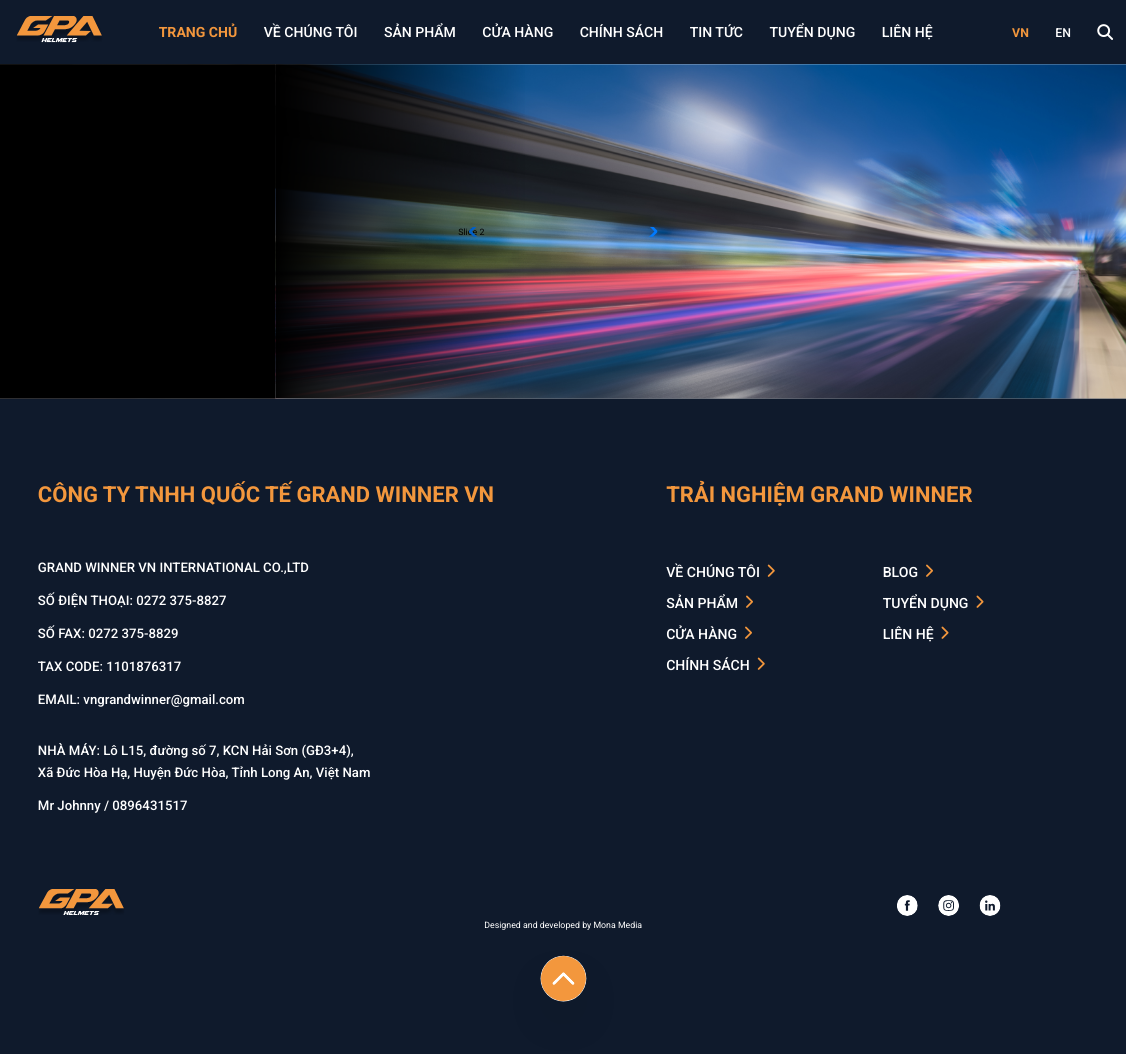
Repository: ThangNguyenT5/GrandWinner
Page: index.html
These files come from the project's save history. The page is drawn as it stood at one moment and after the next save; the edit follows.
The browser window is 1280 px wide. The pictures show the whole page, at 88% of full size.
Pictures or frames that could not be fetched are drawn as grey boxes. Some web libraries are served in a nearby version.

Above is the page before, as saved 2023-03-28 13:58:29.

### index.html
<!DOCTYPE html>
<html lang="en">
<head>
    <meta charset="UTF-8">
    <meta http-equiv="X-UA-Compatible" content="IE=edge">
    <meta name="viewport" content="width=device-width, initial-scale=1.0">
    <title>Cửa Hàng - GRAND WINNER</title>
    <link rel="icon" href="./assets/images/GPA-logo-small.svg">
    <link rel="stylesheet" href="./assets/css/base.css">
    <link rel="stylesheet" href="./assets/css/styles.css">
    <link rel="stylesheet" href="./assets/css/grid.css">
    <link rel="stylesheet" href="./assets/css/responsive.css">
    <link rel="stylesheet" href="https://cdnjs.cloudflare.com/ajax/libs/font-awesome/6.3.0/css/all.min.css" integrity="sha512-SzlrxWUlpfuzQ+pcUCosxcglQRNAq/DZjVsC0lE40xsADsfeQoEypE+enwcOiGjk/bSuGGKHEyjSoQ1zVisanQ==" crossorigin="anonymous" referrerpolicy="no-referrer" />
    <link href="https://fonts.googleapis.com/css2?family=Roboto:wght@300;400;500;700;900&display=swap" rel="stylesheet">
    <link href="https://unpkg.com/aos@2.3.1/dist/aos.css" rel="stylesheet">
    <link rel="stylesheet" href="https://cdn.jsdelivr.net/npm/swiper@9/swiper-bundle.min.css"/>
</head>
<body>
    <!-- HEADER -->
    <header class="hd">
        <div class="hd-ctn">
            <div class="hd-logo">
                <a href="#" class="custom-logo-link">
                    <img src="./assets/images/GPA-logo-small.svg" alt="GRAND WINNER" class="custom-logo">
                </a>
            </div>
            <div class="hd-menu hdMenu">
                <div class="hd-menu-close">
                    <!-- <i class="fa-solid fa-bars"></i> -->
                    <i class="fa-solid fa-xmark"></i>
                </div>
                <div class="menu">
                    <ul class="menu-list">
                        <li class="menu-item">
                            <a href="./index.html" class="menu-item-link current-menu-item">Trang chủ</a>
                        </li>
                        <li class="menu-item">
                            <a href="#" class="menu-item-link">Về chúng tôi</a>
                        </li>
                        <li class="menu-item">
                            <a href="./products.html" class="menu-item-link">Sản phẩm</a>
                        </li>
                        <li class="menu-item">
                            <a href="./store.html" class="menu-item-link">Cửa hàng</a>
                        </li>
                        <li class="menu-item">
                            <a href="./policy.html" class="menu-item-link">Chính sách</a>
                        </li>
                        <li class="menu-item">
                            <a href="#" class="menu-item-link">Tin tức</a>
                        </li>
                        <li class="menu-item">
                            <a href="#" class="menu-item-link">Tuyển dụng</a>
                        </li>
                        <li class="menu-item">
                            <a href="#" class="menu-item-link">Liên hệ</a>
                        </li>
                    </ul>
                </div>
                <div class="hd-menu-social">
                    <ul class="hd-social-list">
                        <li class="hd-social-item">
                            <a href="#">
                                <img src="./assets/images/./icon/fixed-menu-icon-facebook.svg" alt="facebook-icon">
                            </a>
                        </li>
                        <li class="hd-social-item">
                            <a href="#">
                                <img src="./assets/images/icon/fixed-menu-icon-instagram.svg" alt="instagram-icon">
                            </a>
                        </li>
                        <li class="hd-social-item">
                            <a href="#">
                                <img src="./assets/images/icon/fixed-menu-icon-linkedin.svg" alt="linkedin-icon">
                            </a>
                        </li>
                        <li class="hd-social-item">
                            <a href="#">
                                <img src="./assets/images/icon/fixed-menu-icon-telephone.svg" alt="telephone-icon">
                            </a>
                        </li>
                    </ul>
                </div>
            </div>
            <!-- < 1200px -->
            <div class="bg-page"></div>

            <div class="hd-controls">
                <div class="hd-lang">
                <ul class="hd-lang-list">
                    <li class="hd-lang-item">
                        <a class="lang-item-link current-lang-item" href="#">vn</a>
                    </li>
                    <li class="hd-lang-item">
                        <a class="lang-item-link" href="#">en</a>
                    </li>
                </ul>
                </div>
                <div class="hd-search">
                    <i class="hd-search-icon fa-solid fa-magnifying-glass"></i>
                    <div class="hd-search-form">
                        <form>
                            <div class="form-ctn">
                                <input type="text" placeholder="Tìm Kiếm...">
                                <input type="submit" value="">
                            </div>
                        </form>
                    </div>
                </div>
                <div class="hd-bar">
                    <i class="fa-solid fa-bars"></i>
                </div>
            </div>
        </div>
    </header>

    <!-- MAIN -->
    <main>
        <div class="banner-page">
            <div class="banner-page-img">
                <img src="./assets/images/banner/banner-trangchu.png" alt="banner-cuahang">
            </div>
            <div class="swiper mySwiper">
                <div class="swiper-wrapper">
                  <div class="swiper-slide">Slide 2</div>
                  <div class="swiper-slide">Slide 3</div>
                  <div class="swiper-slide">Slide 4</div>
                  <div class="swiper-slide">Slide 5</div>
                  <div class="swiper-slide">Slide 6</div>
                  <div class="swiper-slide">Slide 7</div>
                  <div class="swiper-slide">Slide 8</div>
                  <div class="swiper-slide">Slide 9</div>
                </div>
                <div class="swiper-button-next"></div>
                <div class="swiper-button-prev"></div>
                <div class="swiper-pagination"></div>
            </div>


            <!-- <div class="banner-page-content">
                <div class="container">
                    <div class="content">
                        <div class="banner-page-tt" data-aos="fade-left">
                            <h2>
                                Cửa hàng
                                <br>
                                <span class="h1">GRAND WINNER</span>
                            </h2>
                        </div>
                            <div class="breadcrumb" data-aos="fade-right">
                            <ul class="breadcrumb-list">
                                <li class="breadcrumb-item">
                                    <a href="#">Trang chủ</a>
                                </li>
                                <li class="breadcrumb-item">
                                    <a href="#">Cửa hàng</a>
                                </li>
                            </ul>
                        </div>
                    </div>
                </div>
            </div> -->
        </div>

    </main>

    <!-- FOOTER -->
    <footer class="ft">
        <div class="container">
            <div class="ft-top">
                <div class="ft-ctn">
                    <div class="col col-7">
                        <div class="ft-tt">
                            CÔNG TY TNHH QUỐC TẾ GRAND WINNER VN
                        </div>
                        <div class="ft-desc">
                            <p>
                                <span class="ft-label">
                                    GRAND WINNER VN INTERNATIONAL CO.,LTD
                                </span>
                            </p>
                            <p>
                                <span class="ft-label">
                                    SỐ ĐIỆN THOẠI:
                                </span>
                                <span class="ft-dt">
                                    <a href="tel:0272375-8827">0272 375-8827</a>
                                </span>
                            </p>
                            <p>
                                <span class="ft-label">
                                    SỐ FAX:
                                </span>
                                <span class="ft-dt">
                                    0272 375-8829
                                </span>
                            </p>
                            <p>
                                <span class="ft-label">
                                    TAX CODE:
                                </span>
                                <span class="ft-dt">
                                    <a href="tel:1101876317" class="dt">1101876317</a>
                                </span>
                            </p>
                            <p>
                                <span class="ft-label">
                                    EMAIL:
                                </span>
                                <span class="ft-dt">
                                    <a href="mailto:vngrandwinner@gmail.com" class="dt">vngrandwinner@gmail.com</a>
                                </span>
                            </p>

                        </div>
                        <div class="ft-desc">
                            <p>
                                <span class="ft-label">NHÀ MÁY:</span>
                                <span class="ft-dt">
                                    Lô L15, đường số 7, KCN Hải Sơn (GĐ3+4), Xã Đức Hòa Hạ, Huyện Đức Hòa, Tỉnh Long An, Việt Nam
                                </span>
                            </p>
                            <p>
                                <span class="ft-label"></span>
                                <span class="ft-dt">
                                    Mr Johnny /
                                    <a href="tel:0896431517">0896431517</a>
                                </span>
                            </p>
                        </div>
                    </div>
                    <div class="col col-5">
                        <div class="ft-tt">TRẢI NGHIỆM GRAND WINNER</div>
                        <div class="ft-menu">
                            <ul class="ft-menu-list">
                                <li class="ft-menu-item">
                                    <a href="#">
                                        VỀ CHÚNG TÔI
                                        <i class="fa-solid fa-chevron-right"></i>
                                    </a>
                                </li>
                                <li class="ft-menu-item">
                                    <a href="#">
                                        BLOG
                                        <i class="fa-solid fa-chevron-right"></i>
                                    </a>
                                </li>
                                <li class="ft-menu-item">
                                    <a href="./products.html">
                                        SẢN PHẨM
                                        <i class="fa-solid fa-chevron-right"></i>
                                    </a>
                                </li>
                                <li class="ft-menu-item">
                                    <a href="#">
                                        TUYỂN DỤNG
                                        <i class="fa-solid fa-chevron-right"></i>
                                    </a>
                                </li>
                                <li class="ft-menu-item">
                                    <a href="./store.html">
                                        CỬA HÀNG
                                        <i class="fa-solid fa-chevron-right"></i>
                                    </a>
                                </li>
                                <li class="ft-menu-item">
                                    <a href="#">
                                        LIÊN HỆ
                                        <i class="fa-solid fa-chevron-right"></i>
                                    </a>
                                </li>
                                <li class="ft-menu-item">
                                    <a href="./policy.html">
                                        CHÍNH SÁCH
                                        <i class="fa-solid fa-chevron-right"></i>
                                    </a>
                                </li>
                            </ul>
                        </div>
                        <div class="ft-map">
                            <iframe src="https://www.google.com/maps/embed?pb=!1m18!1m12!1m3!1d3919.2654292862435!2d106.65393045080707!3d10.790971361837054!2m3!1f0!2f0!3f0!3m2!1i1024!2i768!4f13.1!3m3!1m2!1s0x31752ec9c9b7e9cd%3A0x6f4a03550865d9ac!2sThe%20Mona%20Building!5e0!3m2!1svi!2s!4v1679826724121!5m2!1svi!2s" width="600" height="450" style="border:0;" allowfullscreen="" loading="lazy" referrerpolicy="no-referrer-when-downgrade"></iframe>
                        </div>
                    </div>
                </div>
            </div>
            <div class="ft-bottom">
                <div class="ft-social">
                    <div class="ft-logo">
                        <a href="#" class="custom-logo-link">
                            <img src="./assets/images/GPA-logo-small.svg" alt="GRAND WINNER">
                        </a>
                    </div>
                    <ul class="ft-social-list">
                        <li class="ft-social-item">
                            <a href="#">
                                <img src="./assets/images/icon/ft-facebook.svg" alt="facebook-icon">
                                <img src="./assets/images/icon/ft-facebook.svg" alt="facebook-icon">
                            </a>
                        </li>
                        <li class="ft-social-item">
                            <a href="#">
                                <img src="./assets/images/icon/ft-instagram.svg" alt="instagram-icon">
                                <img src="./assets/images/icon/ft-instagram.svg" alt="instagram-icon">
                            </a>
                        </li>
                        <li class="ft-social-item">
                            <a href="#">
                                <img src="./assets/images/icon/ft-linkedin.svg" alt="linkedin-icon">
                                <img src="./assets/images/icon/ft-linkedin.svg" alt="linkedin-icon">
                            </a>
                        </li>
                    </ul>
                </div>
            </div>
        </div>
        <div class="ft-by">
            <p>Designed and developed by Mona Media</p>
            <div class="move-top">
                <a href="#">
                    <img src="./assets/images/icon/move-top.svg" alt="">
                    <img src="./assets/images/icon/move-top.svg" alt="">
                </a>
            </div>
        </div>
    </footer>

    <!-- MENU-SOCIAL-FIXED -->
    <div class="menu-social-fixed">
        <ul class="menu-social-list">
            <li class="menu-social-item">
                <a href="#">
                    <img src="./assets/images/icon/fixed-menu-icon-facebook.svg" alt="facebook-icon">
                    <img src="./assets/images/icon/fixed-menu-icon-facebook.svg" alt="facebook-icon">
                </a>
            </li>
            <li class="menu-social-item">
                <a href="#">
                    <img src="./assets/images/icon/fixed-menu-icon-instagram.svg" alt="instagram-icon">
                    <img src="./assets/images/icon/fixed-menu-icon-instagram.svg" alt="instagram-icon">
                </a>
            </li>
            <li class="menu-social-item">
                <a href="#">
                    <img src="./assets/images/icon/fixed-menu-icon-linkedin.svg" alt="linkedin-icon">
                    <img src="./assets/images/icon/fixed-menu-icon-linkedin.svg" alt="linkedin-icon">
                </a>
            </li>
            <li class="menu-social-item">
                <a href="#">
                    <img src="./assets/images/icon/fixed-menu-icon-telephone.svg" alt="telephone-icon">
                    <img src="./assets/images/icon/fixed-menu-icon-telephone.svg" alt="telephone-icon">
                </a>
            </li>
        </ul>
    </div>
    <script src="https://unpkg.com/aos@2.3.1/dist/aos.js"></script>
    <script src="https://cdn.jsdelivr.net/npm/swiper@9/swiper-bundle.min.js"></script>
    <script src="./index.js"></script>
</body>
</html>

### assets/css/base.css
* {
    margin: 0;
    padding: 0;
    box-sizing: border-box;
}

html {
    font-size: 62.5%;
    scroll-behavior: smooth;
    font-family: 'Roboto', sans-serif;
}


:root {
    /* Color */
    --primary-color: #0F1A2C;
    --secondary-color: #F3973D;


    --container-padding-x: 3rem;
    --container-max-width: 100%;
    --container-fluid: calc((120rem + var(--container-padding-x)));
}

a {
    text-decoration: none;
    color: inherit;
}

.col {
    width: 50%;
}


button, select, input, textarea {
    font-family: "Roboto", "sans-serif";
    font-size: 1.4rem;
    line-height: 1.2;
    padding: 0;
    border: none;
    outline: none;
    resize: none;
    vertical-align: middle;
}

### assets/css/grid.css
.col {
    -ms-flex-preferred-size: 0;
    flex-basis: 0;
    -webkit-box-flex: 1;
    -ms-flex-positive: 1;
    flex-grow: 1;
    max-width: 100%;
  }

  .col-1,
  .col-2,
  .col-3,
  .col-4,
  .col-5,
  .col-6,
  .col-7,
  .col-8,
  .col-9,
  .col-10,
  .col-11,
  .col-12,
  .col,
  .col-auto,
  .col-sm-1,
  .col-sm-2,
  .col-sm-3,
  .col-sm-4,
  .col-sm-5,
  .col-sm-6,
  .col-sm-7,
  .col-sm-8,
  .col-sm-9,
  .col-sm-10,
  .col-sm-11,
  .col-sm-12,
  .col-sm,
  .col-sm-auto,
  .col-md-1,
  .col-md-2,
  .col-md-3,
  .col-md-4,
  .col-md-5,
  .col-md-6,
  .col-md-7,
  .col-md-8,
  .col-md-9,
  .col-md-10,
  .col-md-11,
  .col-md-12,
  .col-md,
  .col-md-auto,
  .col-lg-1,
  .col-lg-2,
  .col-lg-3,
  .col-lg-4,
  .col-lg-5,
  .col-lg-6,
  .col-lg-7,
  .col-lg-8,
  .col-lg-9,
  .col-lg-10,
  .col-lg-11,
  .col-lg-12,
  .col-lg,
  .col-lg-auto,
  .col-xl-1,
  .col-xl-2,
  .col-xl-3,
  .col-xl-4,
  .col-xl-5,
  .col-xl-6,
  .col-xl-7,
  .col-xl-8,
  .col-xl-9,
  .col-xl-10,
  .col-xl-11,
  .col-xl-12,
  .col-xl,
  .col-xl-auto {
    position: relative;
    width: 100%;
    min-height: 1px;
    padding-right: 15px;
    padding-left: 15px;
  }

  .col {
    -ms-flex-preferred-size: 0;
    flex-basis: 0;
    -webkit-box-flex: 1;
    -ms-flex-positive: 1;
    flex-grow: 1;
    max-width: 100%;
  }

  .col-auto {
    -webkit-box-flex: 0;
    -ms-flex: 0 0 auto;
    flex: 0 0 auto;
    width: auto;
    max-width: none;
  }

  .col-1 {
    -webkit-box-flex: 0;
    -ms-flex: 0 0 8.333333%;
    flex: 0 0 8.333333%;
    max-width: 8.333333%;
  }

  .col-2 {
    -webkit-box-flex: 0;
    -ms-flex: 0 0 16.666667%;
    flex: 0 0 16.666667%;
    max-width: 16.666667%;
  }

  .col-3 {
    -webkit-box-flex: 0;
    -ms-flex: 0 0 25%;
    flex: 0 0 25%;
    max-width: 25%;
  }

  .col-4 {
    -webkit-box-flex: 0;
    -ms-flex: 0 0 33.333333%;
    flex: 0 0 33.333333%;
    max-width: 33.333333%;
  }

  .col-5 {
    -webkit-box-flex: 0;
    -ms-flex: 0 0 41.666667%;
    flex: 0 0 41.666667%;
    max-width: 41.666667%;
  }

  .col-6 {
    -webkit-box-flex: 0;
    -ms-flex: 0 0 50%;
    flex: 0 0 50%;
    max-width: 50%;
  }

  .col-7 {
    -webkit-box-flex: 0;
    -ms-flex: 0 0 58.333333%;
    flex: 0 0 58.333333%;
    max-width: 58.333333%;
  }

  .col-8 {
    -webkit-box-flex: 0;
    -ms-flex: 0 0 66.666667%;
    flex: 0 0 66.666667%;
    max-width: 66.666667%;
  }

  .col-9 {
    -webkit-box-flex: 0;
    -ms-flex: 0 0 75%;
    flex: 0 0 75%;
    max-width: 75%;
  }

  .col-10 {
    -webkit-box-flex: 0;
    -ms-flex: 0 0 83.333333%;
    flex: 0 0 83.333333%;
    max-width: 83.333333%;
  }

  .col-11 {
    -webkit-box-flex: 0;
    -ms-flex: 0 0 91.666667%;
    flex: 0 0 91.666667%;
    max-width: 91.666667%;
  }

  .col-12 {
    -webkit-box-flex: 0;
    -ms-flex: 0 0 100%;
    flex: 0 0 100%;
    max-width: 100%;
  }

Loaded but not shown: index.js (59 lines, source omitted); assets/css/styles.css (854 lines, source omitted); assets/css/responsive.css (300 lines, source omitted)

After the next save:
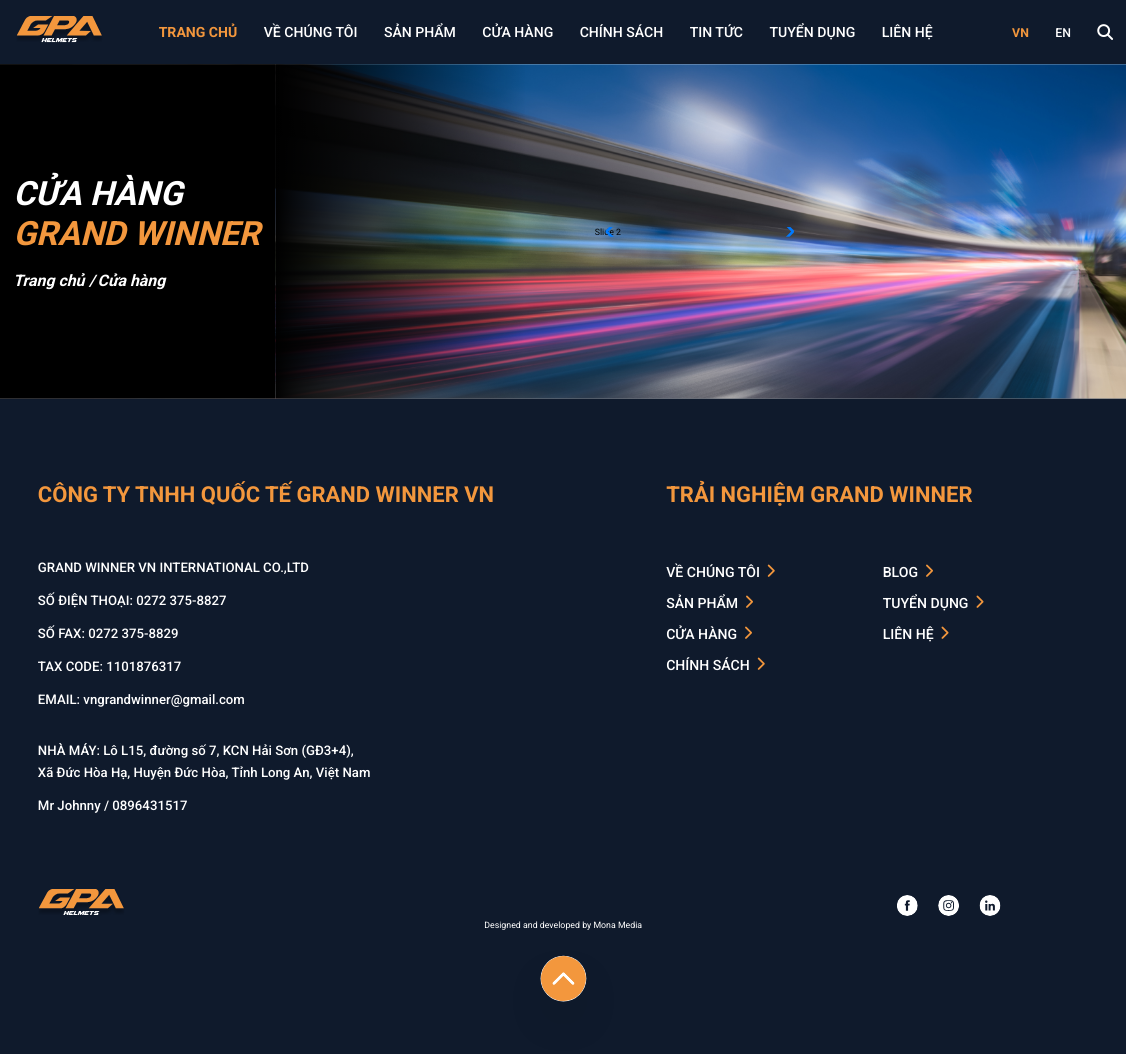
Saved 3 min 0 s later.
--- a/index.html
+++ b/index.html
@@ -120,6 +120,35 @@
             <div class="banner-page-img">
                 <img src="./assets/images/banner/banner-trangchu.png" alt="banner-cuahang">
             </div>
+            <div class="banner-swiper">
+                <div class="swiper-container">
+                    <div class="swiper-wrapper">
+                        <div class="swiper-slide">
+                            <div class="container">
+                                <div class="content">
+                                    <div class="banner-page-tt" data-aos="fade-left">
+                                        <h2>
+                                            Cửa hàng
+                                            <br>
+                                            <span class="h1">GRAND WINNER</span>
+                                        </h2>
+                                    </div>
+                                        <div class="breadcrumb" data-aos="fade-right">
+                                        <ul class="breadcrumb-list">
+                                            <li class="breadcrumb-item">
+                                                <a href="#">Trang chủ</a>
+                                            </li>
+                                            <li class="breadcrumb-item">
+                                                <a href="#">Cửa hàng</a>
+                                            </li>
+                                        </ul>
+                                    </div>
+                                </div>
+                            </div>
+                        </div>
+                    </div>
+                </div>
+            </div>
             <div class="swiper mySwiper">
                 <div class="swiper-wrapper">
                   <div class="swiper-slide">Slide 2</div>
